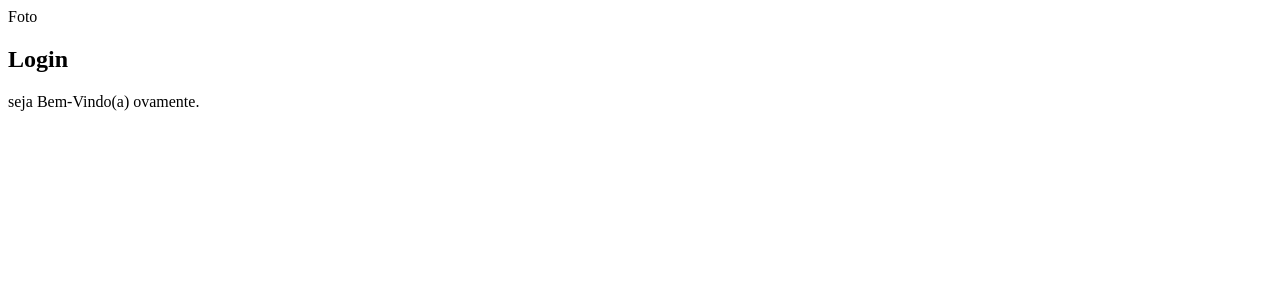
Repository: Guillermomarcon/Projeto-Login
Page: index.html
These files come from the project's save history. The page is drawn as it stood at one moment and after the next save; the edit follows.
The browser window is 1280 px wide. The pictures show the whole page.

Above is the page before, as saved 2022-09-03 13:52:40.

After the next save:
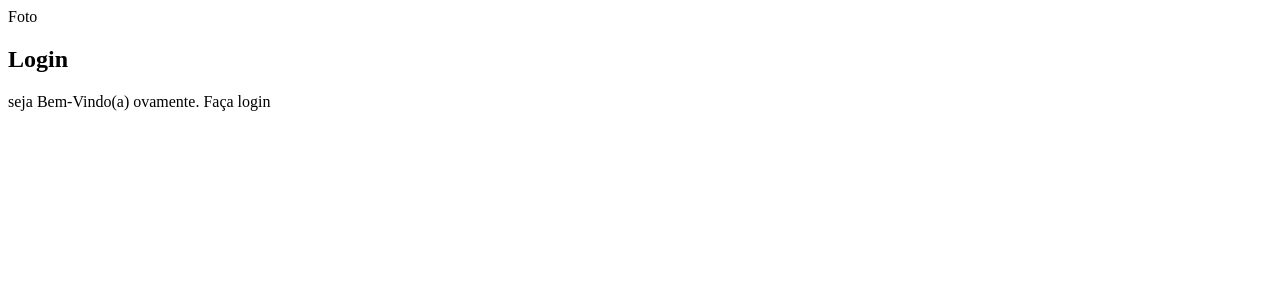
Saved 5 s later.
--- a/index.html
+++ b/index.html
@@ -17,7 +17,7 @@
             <div id="formulario">
                 <h1>Login</h1>
                 <p>
-                    seja Bem-Vindo(a) ovamente.
+                    seja Bem-Vindo(a) ovamente. Faça login
                 </p>
             </div>
         </section>
